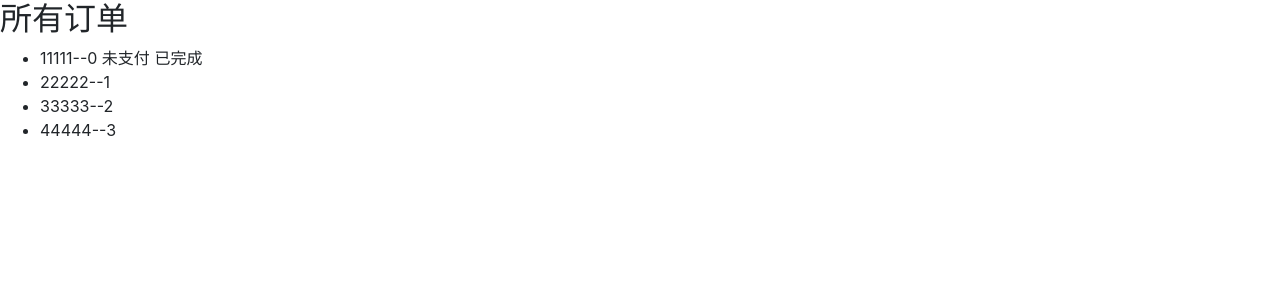
Repository: zenghao518518/Vue
Page: 3-条件渲染/条件渲染.html
These files come from the project's save history. The page is drawn as it stood at one moment and after the next save; the edit follows.
The browser window is 1280 px wide. The pictures show the whole page.

Above is the page before, as saved 2023-08-14 14:03:22.

### 3-条件渲染/条件渲染.html
<!DOCTYPE html>
<html lang="en">
<head>
    <meta charset="UTF-8">
    <meta http-equiv="X-UA-Compatible" content="IE=edge">
    <meta name="viewport" content="width=device-width, initial-scale=1.0">
    <title>Document</title>

    <link rel="stylesheet" href="..\Css\bootstrap.css">
    <script src="..\Scrip\jquery-3.5.1.min.js"></script>
    <script src="..\Scrip\bootstrap.min.js"></script>
    <script src="..\Scrip\Vue.js"></script>
    <style>

    </style>
</head>
<body>

    <div id="box">
        <!-- 1 -->
        <!-- <div  v-if="isCreated">111111111</div>
        <div  v-if="!isCreated">222222222</div> -->
        <!-- 2 -->
        <!-- <div  v-if="isCreated">111111111</div>
        <div  v-else>222222222</div> -->
        <h2>所有订单</h2>
        <ul>
            <li v-for='item in datalist'>
                {{item.title}}--{{item.state}}

                <span v-if="item.state===0">未支付</span>
                <span v-else-if="item.state===0">待发货</span>
                <span v-else-if="item.state===0">已发货</span>
                <span v-if="item.state===0">已完成</span>
            </li>
        </ul>
    </div>


    <script>
     var vm= new Vue({
        el:"#box",
        data() {
            return {
               isCreated:false,
               datalist:[
                {
                    title:"11111",
                    state:0
                },
                {
                    title:"22222",
                    state:1
                },
                {
                    title:"33333",
                    state:2
                },
                {
                    title:"44444",
                    state:3
                },
               ]

            }
        },
        methods: {

        },
     })

    </script>
</body>
</html>

Loaded but not shown: Css/bootstrap.css (library); Scrip/jquery-3.5.1.min.js (library); Scrip/bootstrap.min.js (library); Scrip/Vue.js (library)

After the next save:
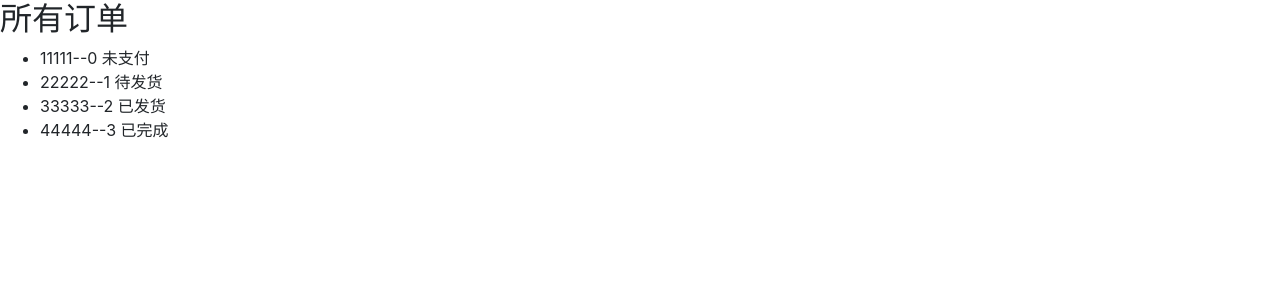
Saved 2 min 55 s later.
--- a/3-条件渲染/条件渲染.html
+++ b/3-条件渲染/条件渲染.html
@@ -29,9 +29,9 @@
                 {{item.title}}--{{item.state}}
 
                 <span v-if="item.state===0">未支付</span>
-                <span v-else-if="item.state===0">待发货</span>
-                <span v-else-if="item.state===0">已发货</span>
-                <span v-if="item.state===0">已完成</span>
+                <span v-else-if="item.state===1">待发货</span>
+                <span v-else-if="item.state===2">已发货</span>
+                <span v-if="item.state===3">已完成</span>
             </li>
         </ul>
     </div>
